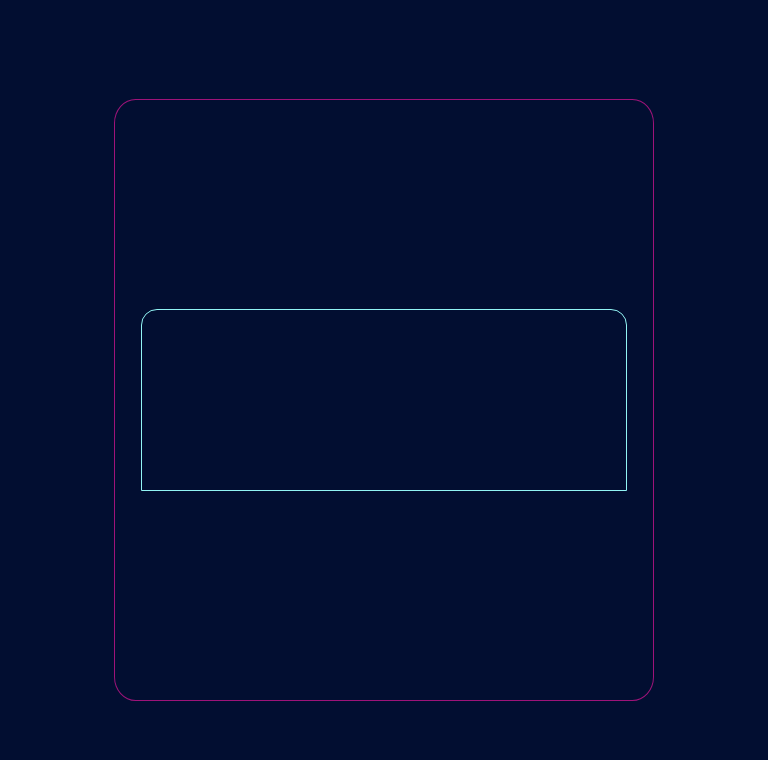
Repository: 2001mariana/Calculator_react
Page: /
The author's editor kept a copy of each file at every save. The page is drawn from the files as they stood at one save, then again after the next save.
The browser window is 768 px wide. The pictures show the whole page.
The project was rebuilt for these pictures with package versions that can differ from the ones it lists, and the page was loaded fresh each time.

Above is the page before, as saved 2023-02-06 17:34:53.

After the next save:
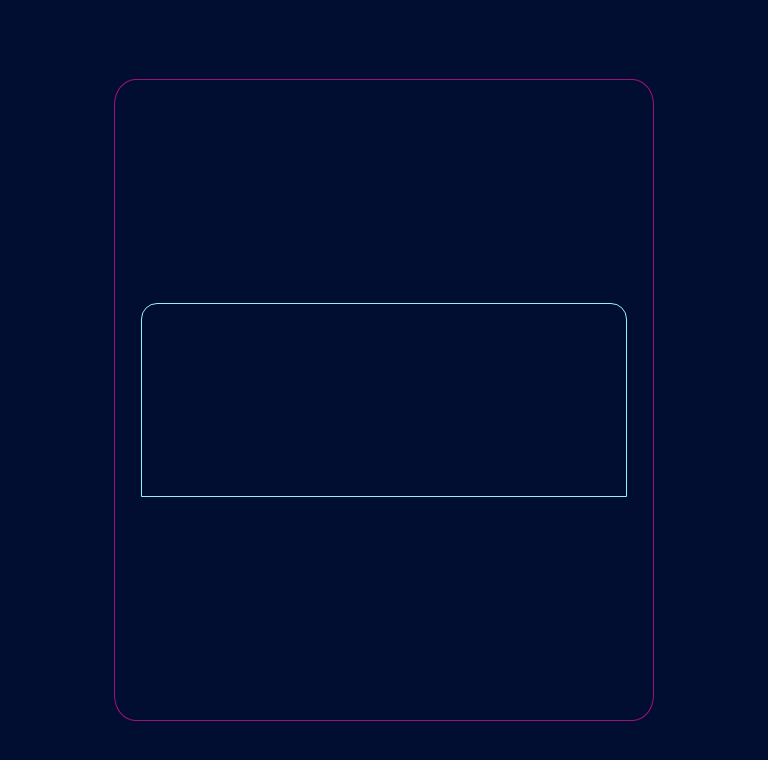
Saved 4 s later.
--- a/src/App.css
+++ b/src/App.css
@@ -54,7 +54,7 @@
 @media (max-width: 800px) {
   .Calculator__body {
     width: 70vw;
-    height: 75vh;
+    height: 80vh;
   }
 }
 
